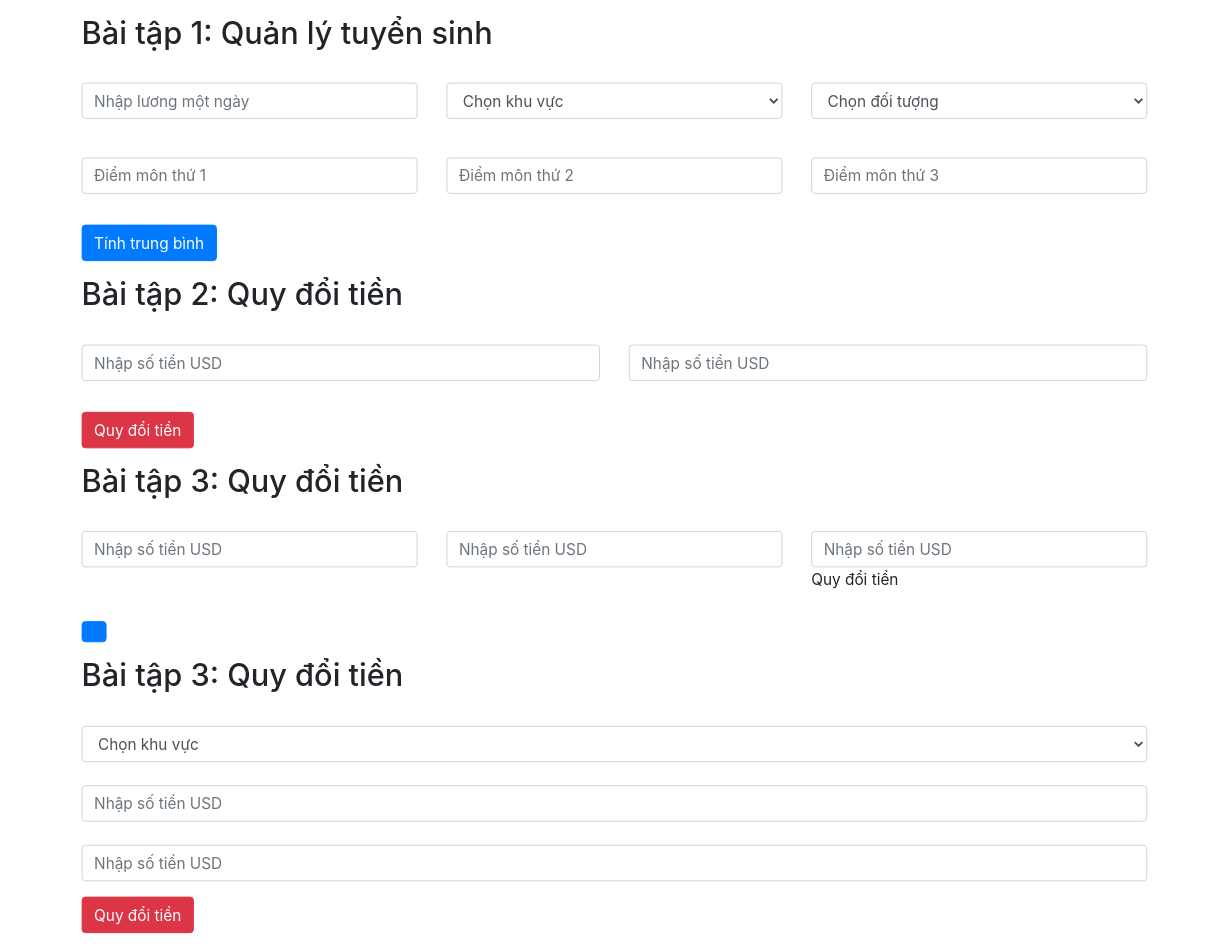
Repository: thanhfrankie/BC10-LeMinhThanh-Js-b5
Page: index.html
An editor plug-in stored every save of this project. The page is shown before and after the next save, followed by the edit.
The browser window is 1280 px wide. The pictures show the whole page, at 96% of full size.

Above is the page before, as saved 2023-12-15 17:37:20.

After the next save:
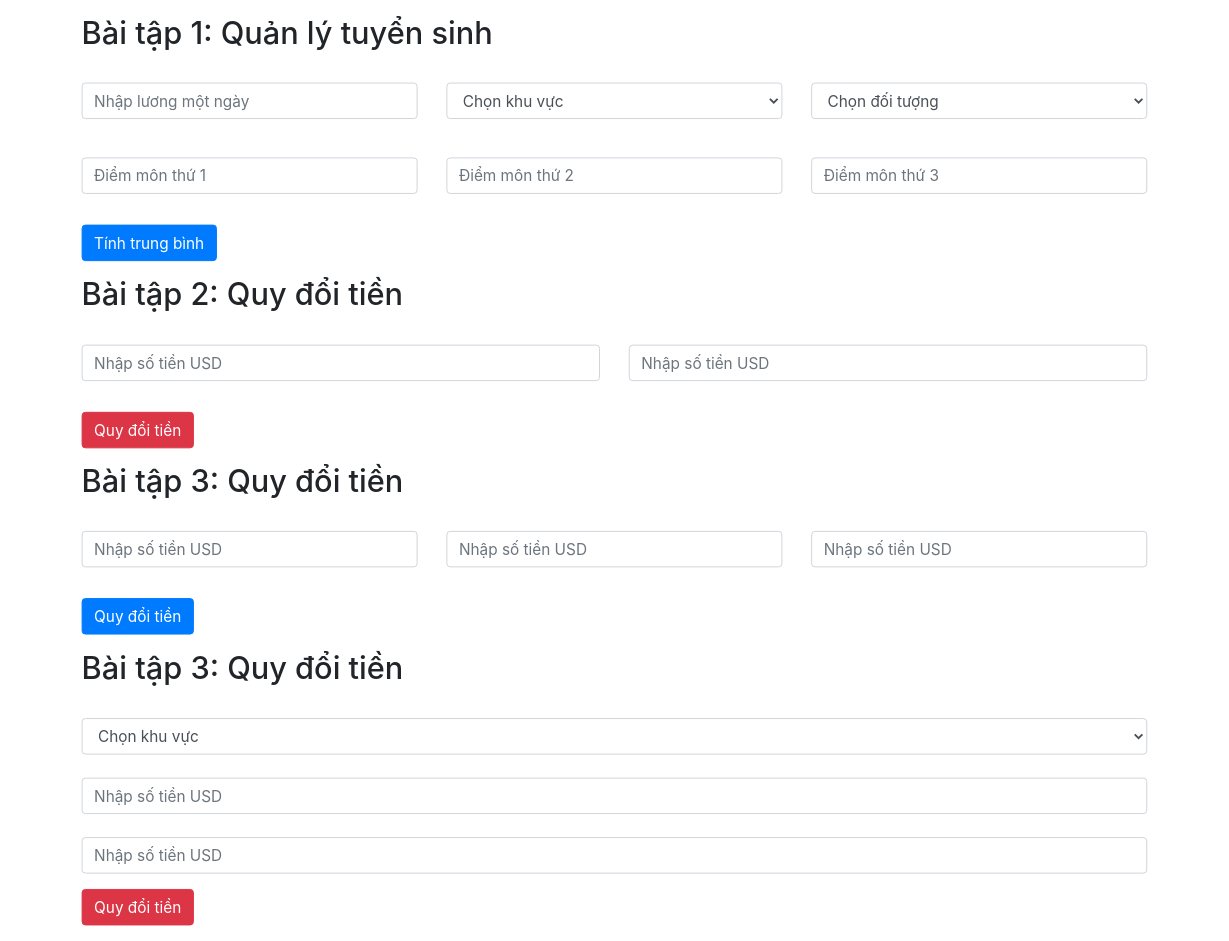
Saved 12 s later.
--- a/index.html
+++ b/index.html
@@ -187,12 +187,12 @@
                     required
                   />
 
-                  Quy đổi tiền
-                </button>
+
             </div></div>
         </div>
         <button type="button" onclick="quyDoiTien()" class="btn btn-primary mt-3">
-
+            Quy đổi tiền
+        </button>
             <h3 id="so-luong-VND" class="text-success"></h3>
           </div>
         <!-- Bài tập 4-->
